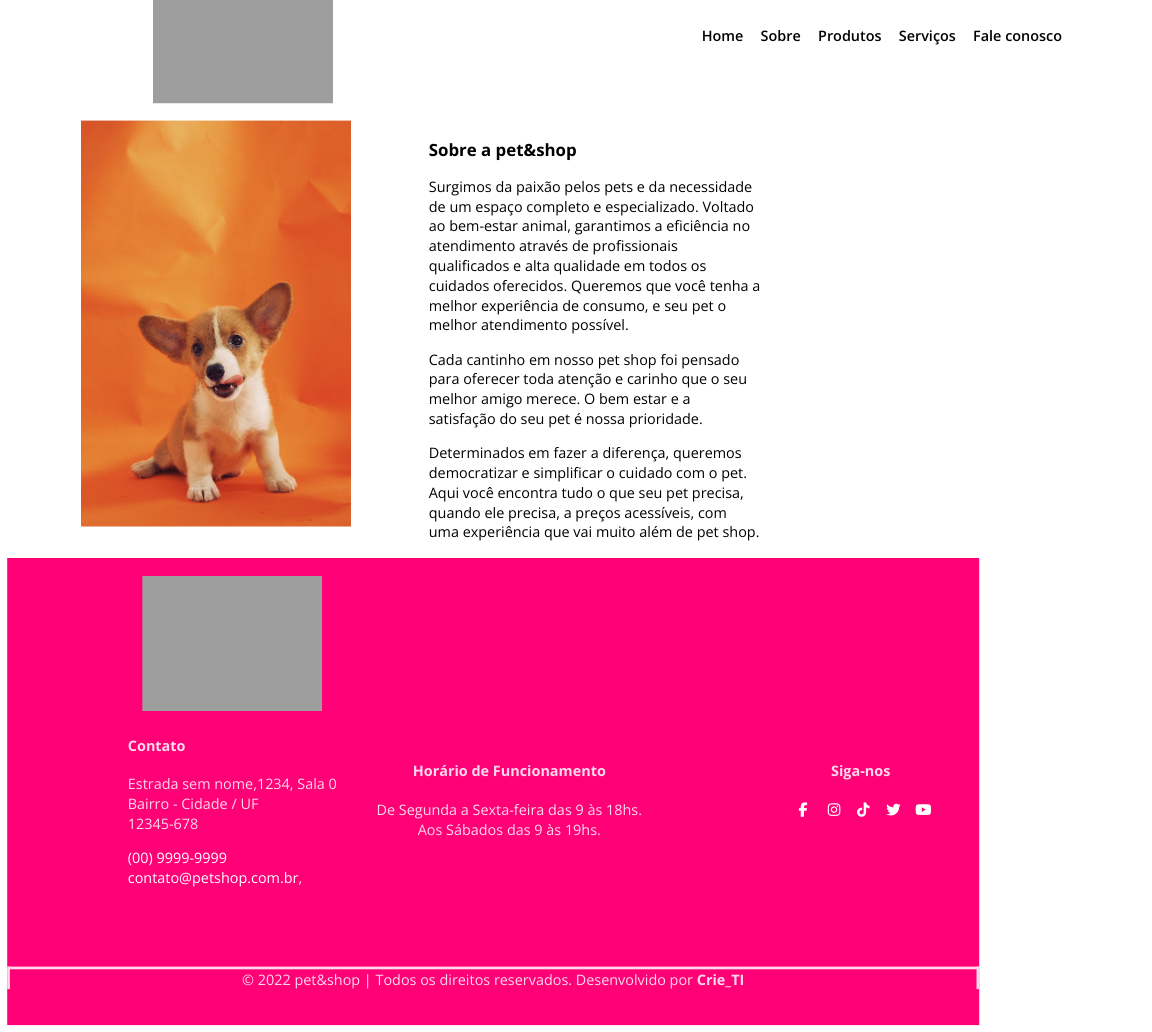
Repository: Iluiscarlos/Projeto-Site-PetShop
Page: About.html
The author's editor kept a copy of each file at every save. The page is drawn from the files as they stood at one save, then again after the next save.
The browser window is 1280 px wide. The pictures show the whole page, at 90% of full size.
Pictures or frames that could not be fetched are drawn as grey boxes. Some web libraries are served in a nearby version.

Above is the page before, as saved 2022-04-24 19:18:45.

After the next save:
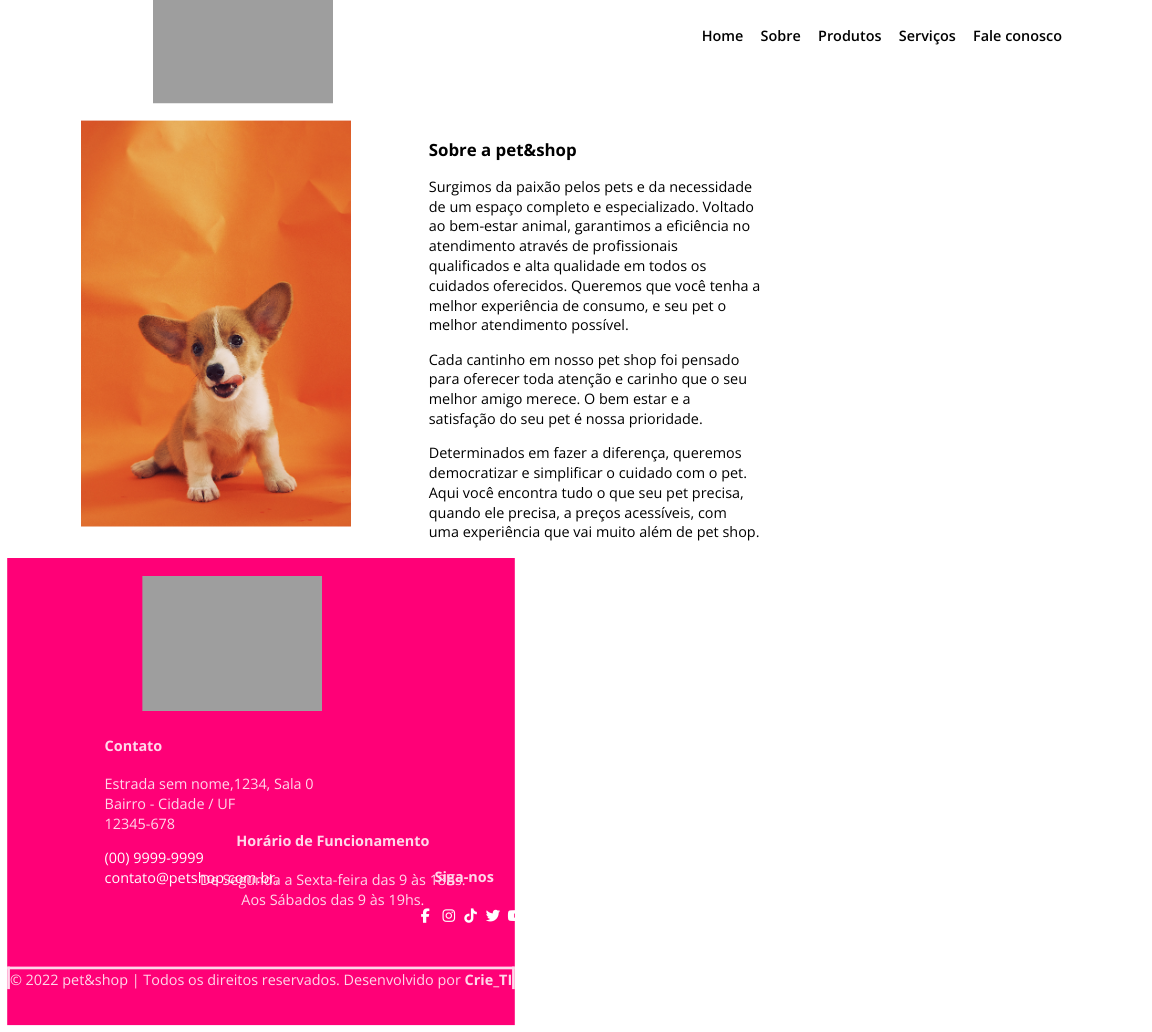
Saved 15 s later.
--- a/About.html
+++ b/About.html
@@ -241,7 +241,7 @@
 <br/>
 <section class="section-contacts">
     <img src="logo-white.svg" class="logo-about" style="padding-left: 150px;">
-  <section id="contacts" class="container">
+  <section id="contacts" class="">
     <div>
     <address>
       <h4 style="font-style:normal;"><b>Contato</b></h4>

After the save that followed:
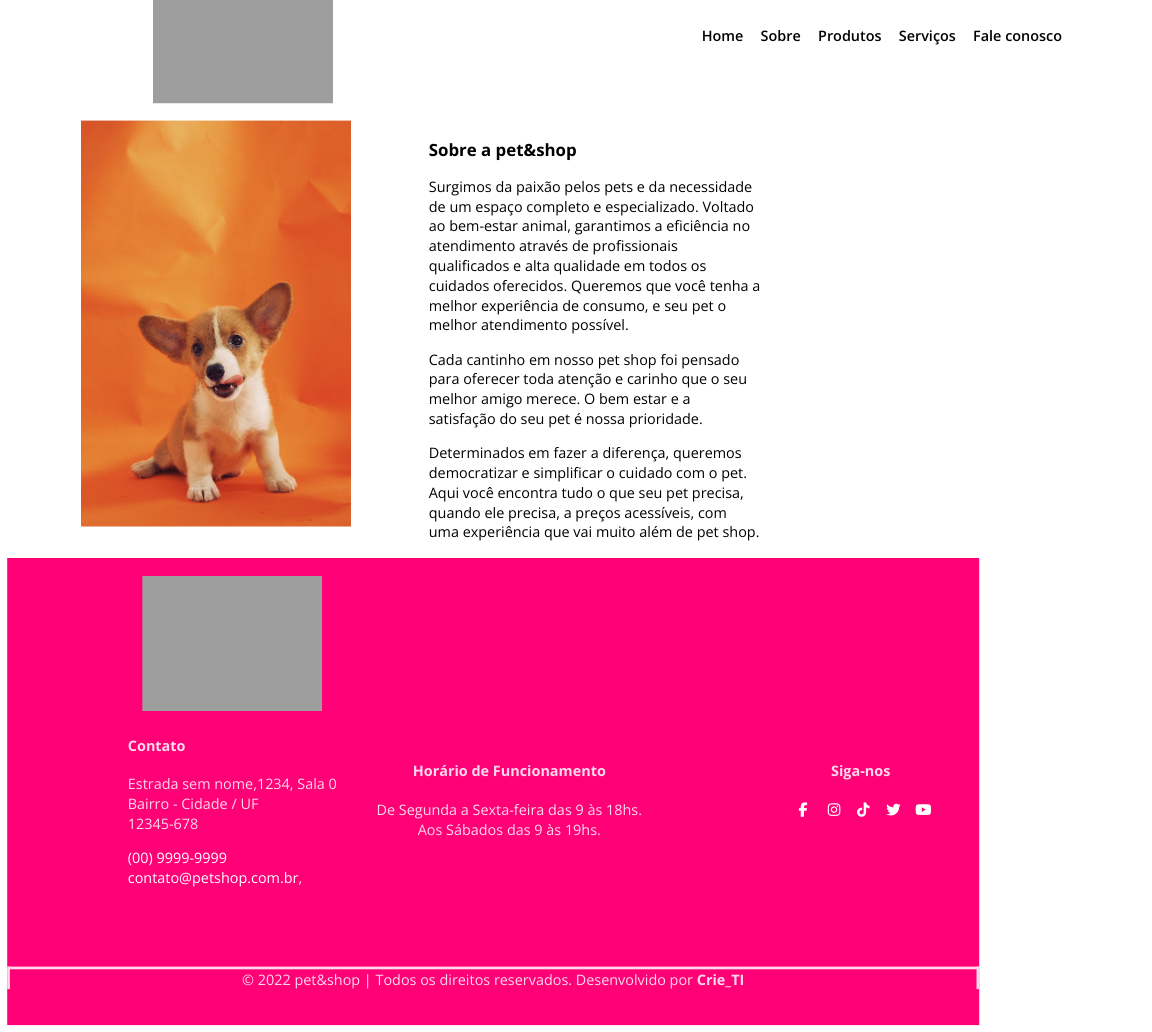
Saved 85 s later.
--- a/About.html
+++ b/About.html
@@ -197,7 +197,8 @@
     .about{
         color: black;
         margin: 100px;
-        text-rendering: auto;
+        text-rendering: auto;3
+        vertical-align: top: ;;
     }
 
     .about-img{
@@ -241,7 +242,7 @@
 <br/>
 <section class="section-contacts">
     <img src="logo-white.svg" class="logo-about" style="padding-left: 150px;">
-  <section id="contacts" class="">
+  <section id="contacts" class="container">
     <div>
     <address>
       <h4 style="font-style:normal;"><b>Contato</b></h4>
